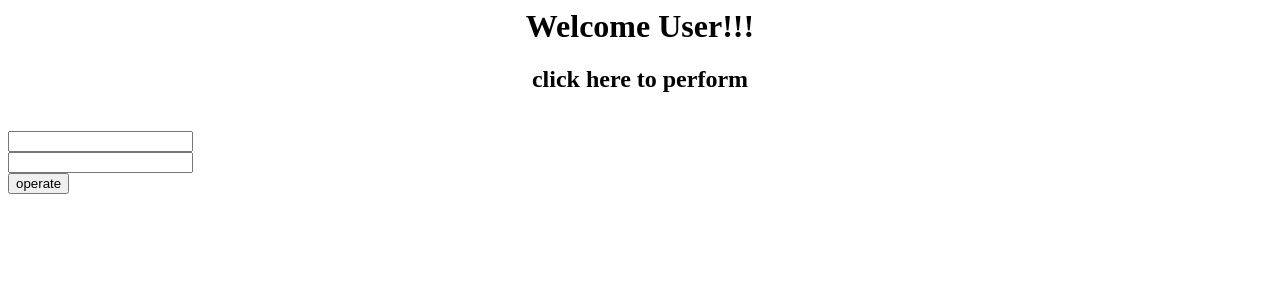
Repository: Rahul1488/servlets
Page: http://localhost/jspproject/
The author's editor kept a copy of each file at every save. The page is drawn from the files as they stood at one save, then again after the next save.
The browser window is 1280 px wide. The pictures show the whole page.
The page is served by Tomcat 9.

Above is the page before, as saved 2021-12-31 04:05:35.

### jspproject/src/main/webapp/index.jsp
<html>
<body>

 <h1 align="center">Welcome User!!!</h1>
<form action="./number.jsp"><h2 align="center">click here to perform</h2>
<br>
<input type="text" name="number1" >
<br>
<input type="text" name="number2">
<br>
<input type="submit" value="operate">
</form>
</body>
</html>

After the next save:
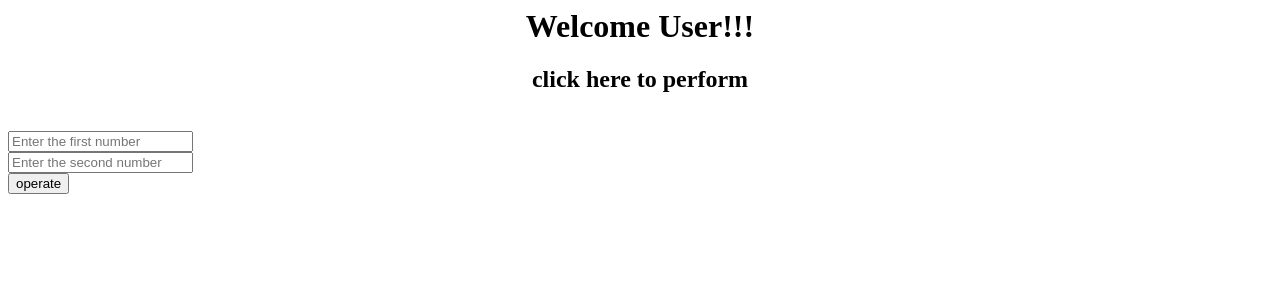
Saved 2 min 31 s later.
--- a/jspproject/src/main/webapp/index.jsp
+++ b/jspproject/src/main/webapp/index.jsp
@@ -4,9 +4,9 @@
  <h1 align="center">Welcome User!!!</h1>
 <form action="./number.jsp"><h2 align="center">click here to perform</h2>
 <br>
-<input type="text" name="number1" >
+<input type="text" placeholder="Enter the first number" name="number1" >
 <br>
-<input type="text" name="number2">
+<input type="text" placeholder="Enter the second number" name="number2">
 <br>
 <input type="submit" value="operate">
 </form>
